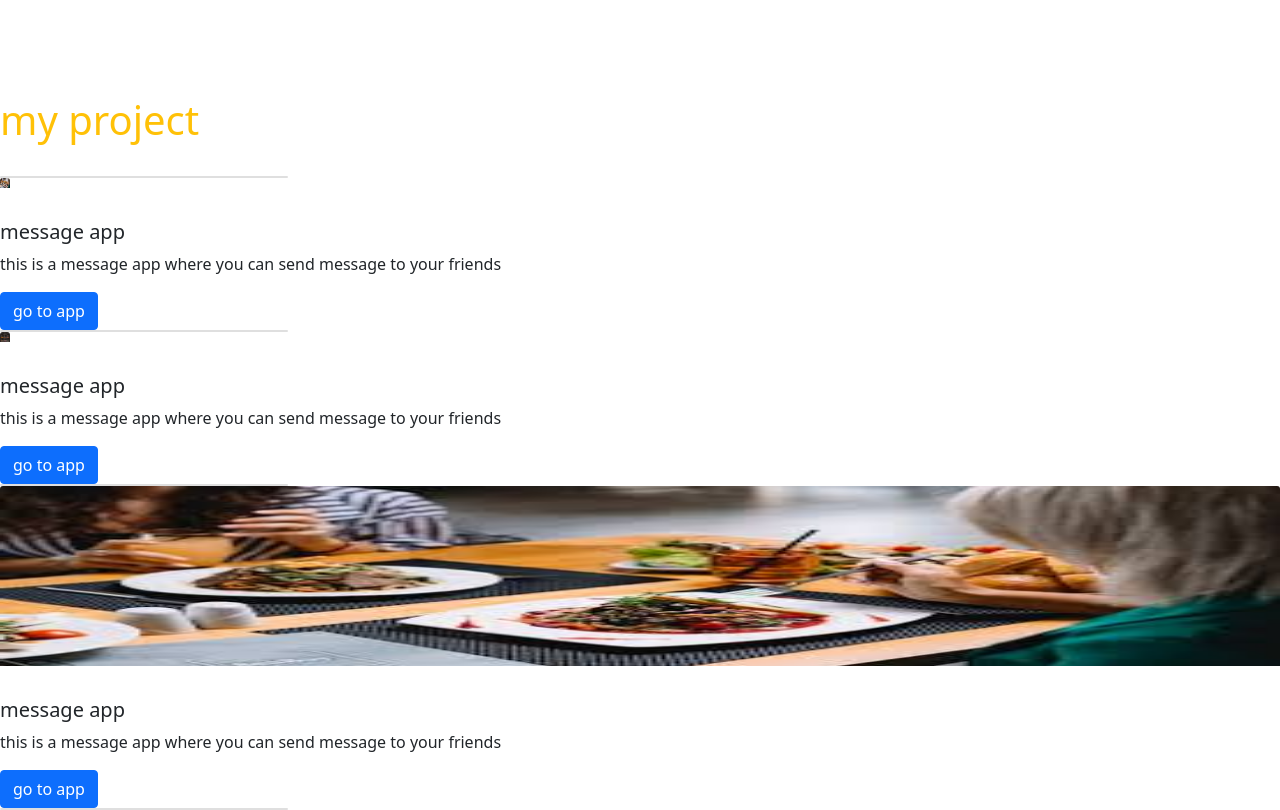
Repository: abeera518/part-2
Page: project.html
An editor plug-in stored every save of this project. The page is shown before and after a run of saves, followed by the edit.
The browser window is 1280 px wide. The pictures show the part of the page from y = 0 to 810 px (the page is 1132 px tall before and 1312 px after).
Pictures or frames that could not be fetched are drawn as grey boxes.

Above is the page before, as saved 2025-11-20 23:30:55.

After the next 3 saves:
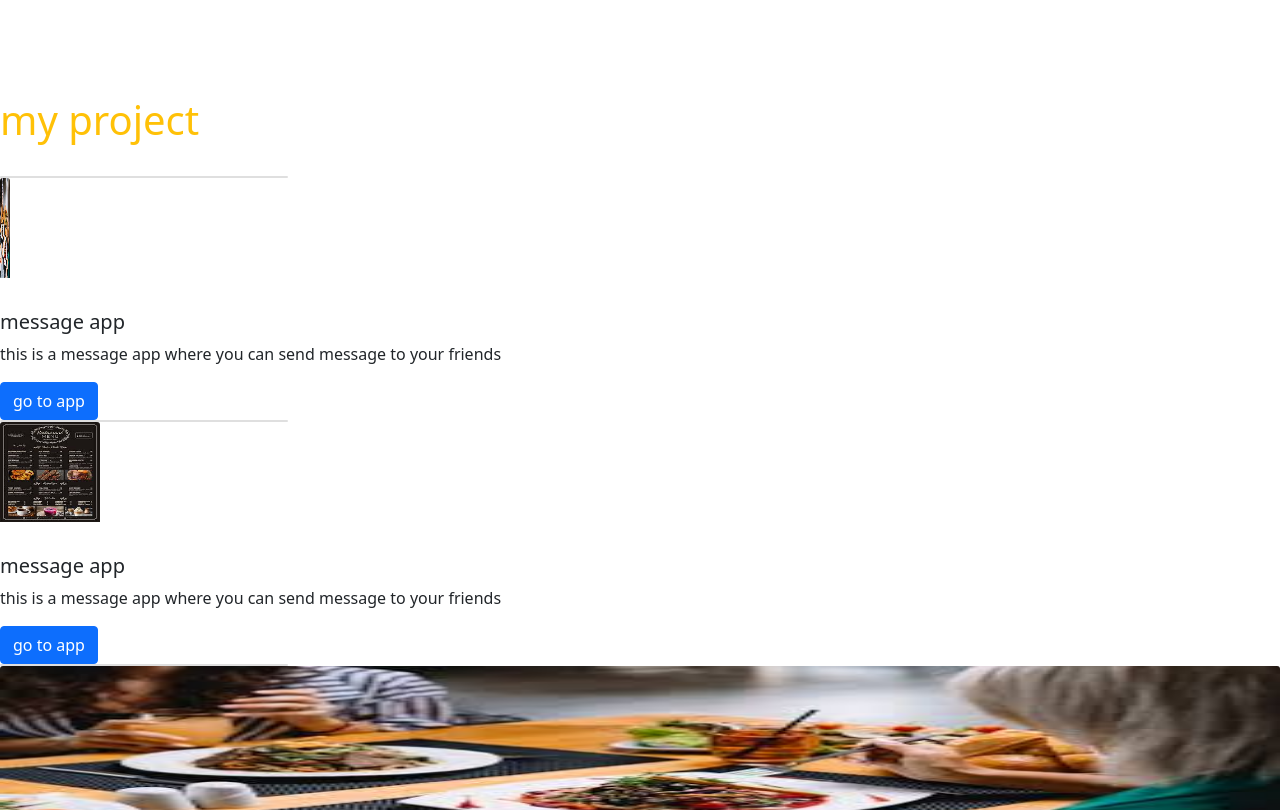
The 3 saves are shown as one change because they came seconds apart.
The last was saved 20 s later.
--- a/project.html
+++ b/project.html
@@ -15,7 +15,7 @@
     <div class="row"></div>
     <div class="card" style="width:18rem;"></div>
     <img src="download.jpg" class="card-img-top"
-        style="height:10 ; width:10 ;">
+        style="height:100 ; width:10 ;">
     <div class="card-body"></div>
     <h5 class="card-title">message app</h5>
     <p class="card-text">this is a message app where you can send message to your friends</p>
@@ -24,7 +24,7 @@
     <div class="row"></div>
     <div class="card" style="width:18rem;"></div>
     <img src="download (1).jpg" class="card-img-top"
-        style="height:10 ;width:10;">
+        style="height:100 ;width:100;">
     <div class="card-body"></div>
     <h5 class="card-title">message app</h5>
     <p class="card-text">this is a message app where you can send message to your friends</p>
